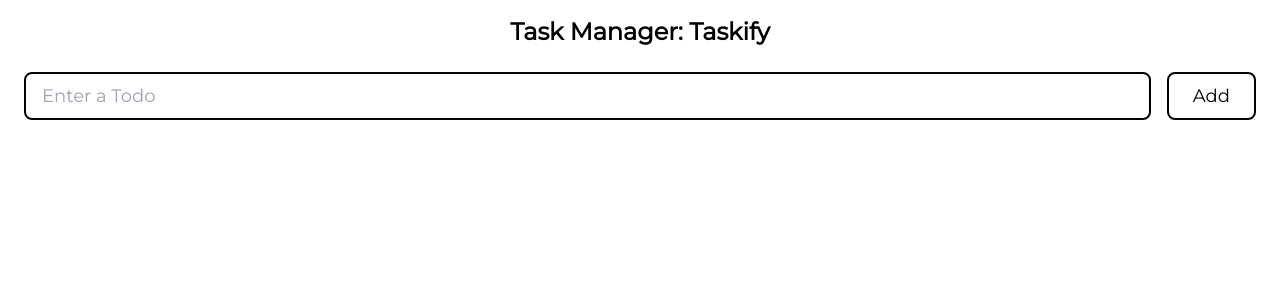
Repository: Dineshbhandari2023/Todo
Page: /
These files come from the project's save history. The page is drawn as it stood at one moment and after the next save; the edit follows.
The browser window is 1280 px wide. The pictures show the whole page.
Some web fonts or font styles are not loaded; a fallback is used. The project was rebuilt for these pictures with package versions that can differ from the ones it lists, and the page was loaded fresh each time.

Above is the page before, as saved 2025-06-18 22:35:27.

### src/App.tsx
import React from "react";
import "./App.css";
import InputFields from "./Components/InputFields";

// //Learning Types
// let name: string;
// let age: number;
// let hobbies: string[];
// let role: [number, number, string];

// // Objects Can be defined using: types or interface
// type Animal = {
//   name: string;
//   age: number;
//   color?: string;
// };

// let myAnimal: Animal = {
//   name: "Dog",
//   age: 3,
//   color: "Brown",
// };

// let Animals: Animal[];

// //defining function in ts
// function printAnything(Animal: string) {
//   console.log(Animal);
// }

// printAnything("DOG");

function App() {
  return (
    <div className="App">
      <h1 className="font-extrabold text-green text-2xl mt-4">
        Task Manager: Taskify
      </h1>
      <InputFields />
    </div>
  );
}

export default App;

### src/App.css
@import url("https://fonts.googleapis.com/css2?family=Montserrat:ital@0;1&family=Savate:ital,wght@0,200..900;1,200..900&display=swap");

.App {
  text-align: center;
  font-family: "Montserrat", sans-serif;
}

### src/Components/InputFields.tsx
import React from "react";

const InputFields = () => {
  return (
    <div className="flex gap-4 m-6">
      <input
        type="text"
        placeholder="Enter a Todo"
        className="flex-1 px-4 py-2 border-2 border-black rounded-lg text-lg focus:outline-none focus:ring-2 focus:ring-blue-500"
      />
      <button className="px-6 py-2 bg-white border-2 border-black rounded-lg text-lg font-medium hover:bg-gray-50 focus:outline-none focus:ring-2 focus:ring-blue-500">
        Add
      </button>
    </div>
  );
};

export default InputFields;

Loaded but not shown: public/index.html (common file); src/index.tsx (common file); src/index.css (common file); tailwind.config.js (common file)

After the next save:
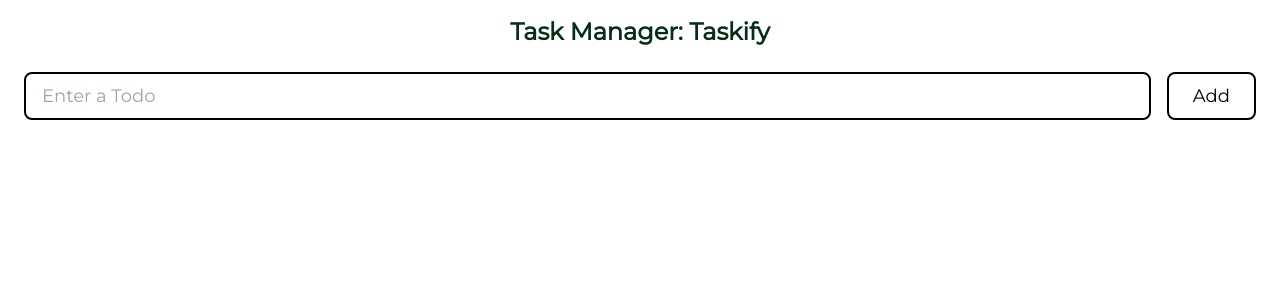
Saved 5 s later.
--- a/src/App.tsx
+++ b/src/App.tsx
@@ -33,7 +33,7 @@ import InputFields from "./Components/InputFields";
 function App() {
   return (
     <div className="App">
-      <h1 className="font-extrabold text-green text-2xl mt-4">
+      <h1 className="font-extrabold text-green-950 text-2xl mt-4">
         Task Manager: Taskify
       </h1>
       <InputFields />
